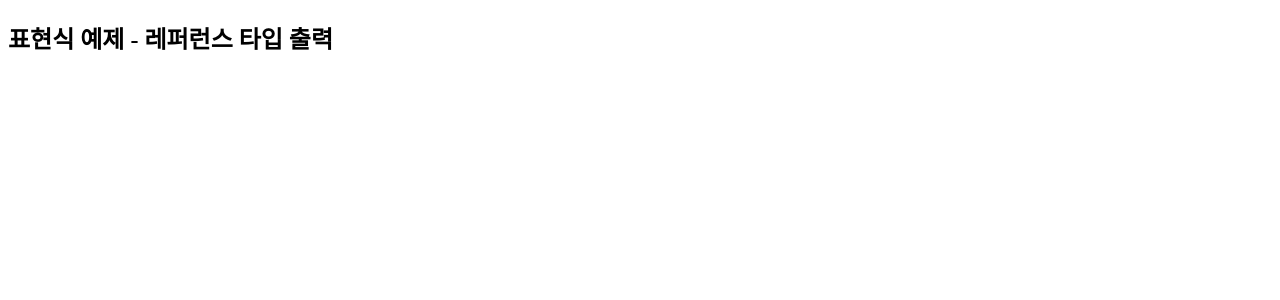
Repository: gugucon-hwan/ForStudyJSP
Page: http://localhost/StudyBasicJSP/ch05/expressionTest2.jsp
An editor plug-in stored every save of this project. The page is shown before and after the next save, followed by the edit.
The browser window is 1280 px wide. The pictures show the whole page.
The page is served by Tomcat 9.

Above is the page before, as saved 2020-08-14 03:04:37.

After the next save:
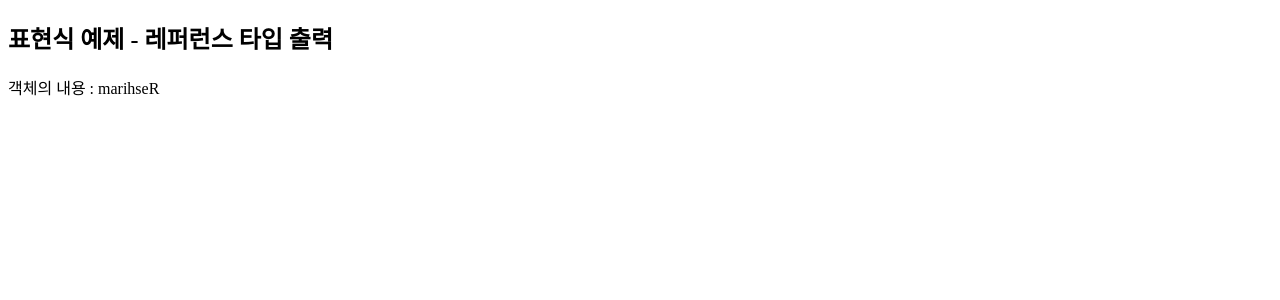
Saved 29 s later.
--- a/StudyBasicJSP/WebContent/ch05/expressionTest2.jsp
+++ b/StudyBasicJSP/WebContent/ch05/expressionTest2.jsp
@@ -11,6 +11,7 @@
 	<%
 		StringBuffer sf = new StringBuffer("Reshiram");
 		sf.reverse();
+		out.println("객체의 내용 : "+sf.toString());
 	%>
 </body>
 </html>
